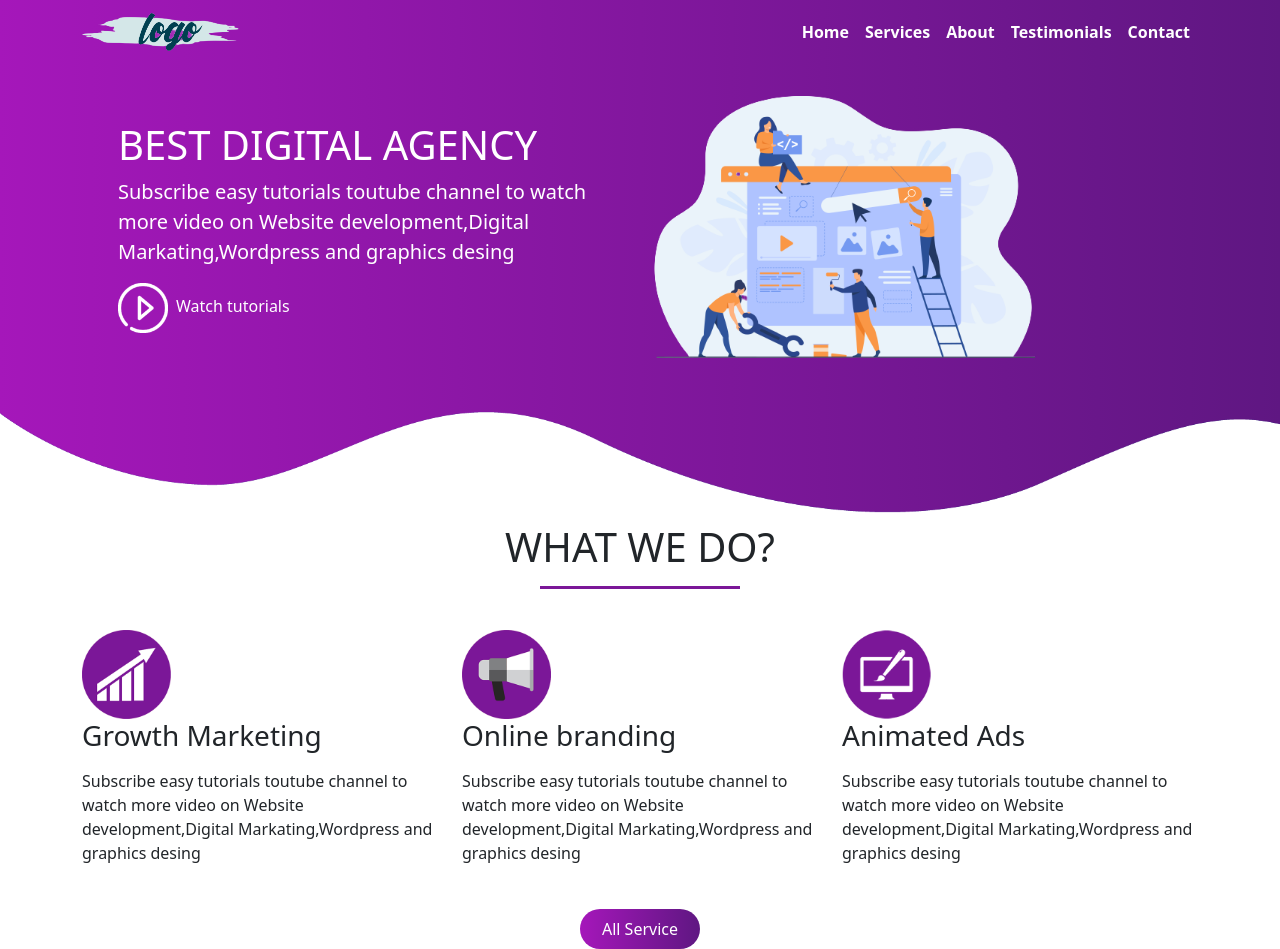
Repository: zjria/PSD-to-HTML-DIGITAL-AGENCY
Page: index.html
An editor plug-in stored every save of this project. The page is shown before and after the next save, followed by the edit.
The browser window is 1280 px wide. The pictures show the whole page.
Some web libraries are served in a nearby version.

Above is the page before, as saved 2022-05-11 08:31:47.

After the next save:
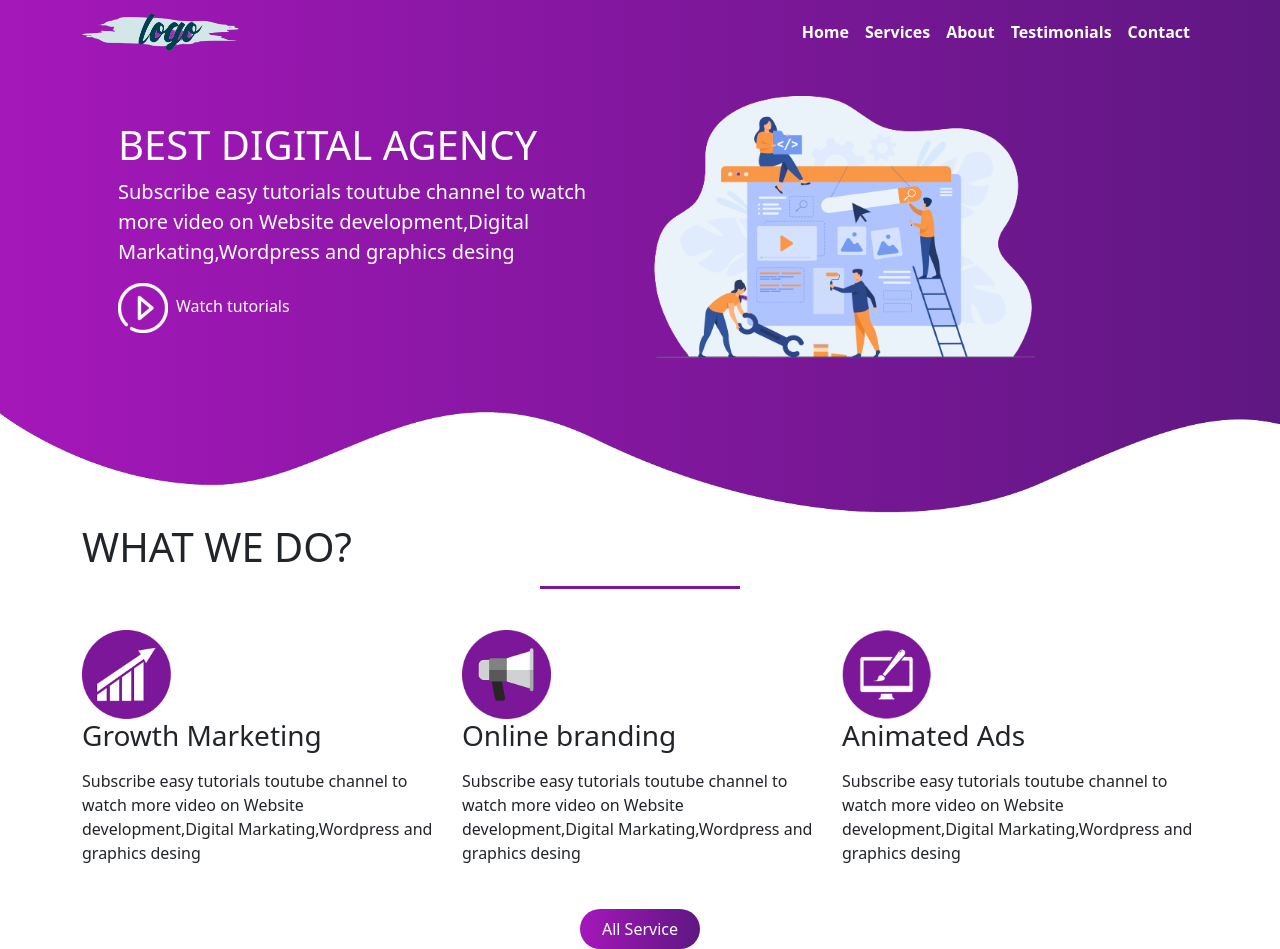
Saved 66 s later.
--- a/index.html
+++ b/index.html
@@ -67,7 +67,7 @@
     <!-- Service Section Start -->
       <section class="service-section">
         <div class="container">
-          <div class="row text-center">
+          <div class="row">
             <h1 class="title">WHAT WE DO?</h1>
             <!-- <span></span> -->
           </div>

After the save that followed:
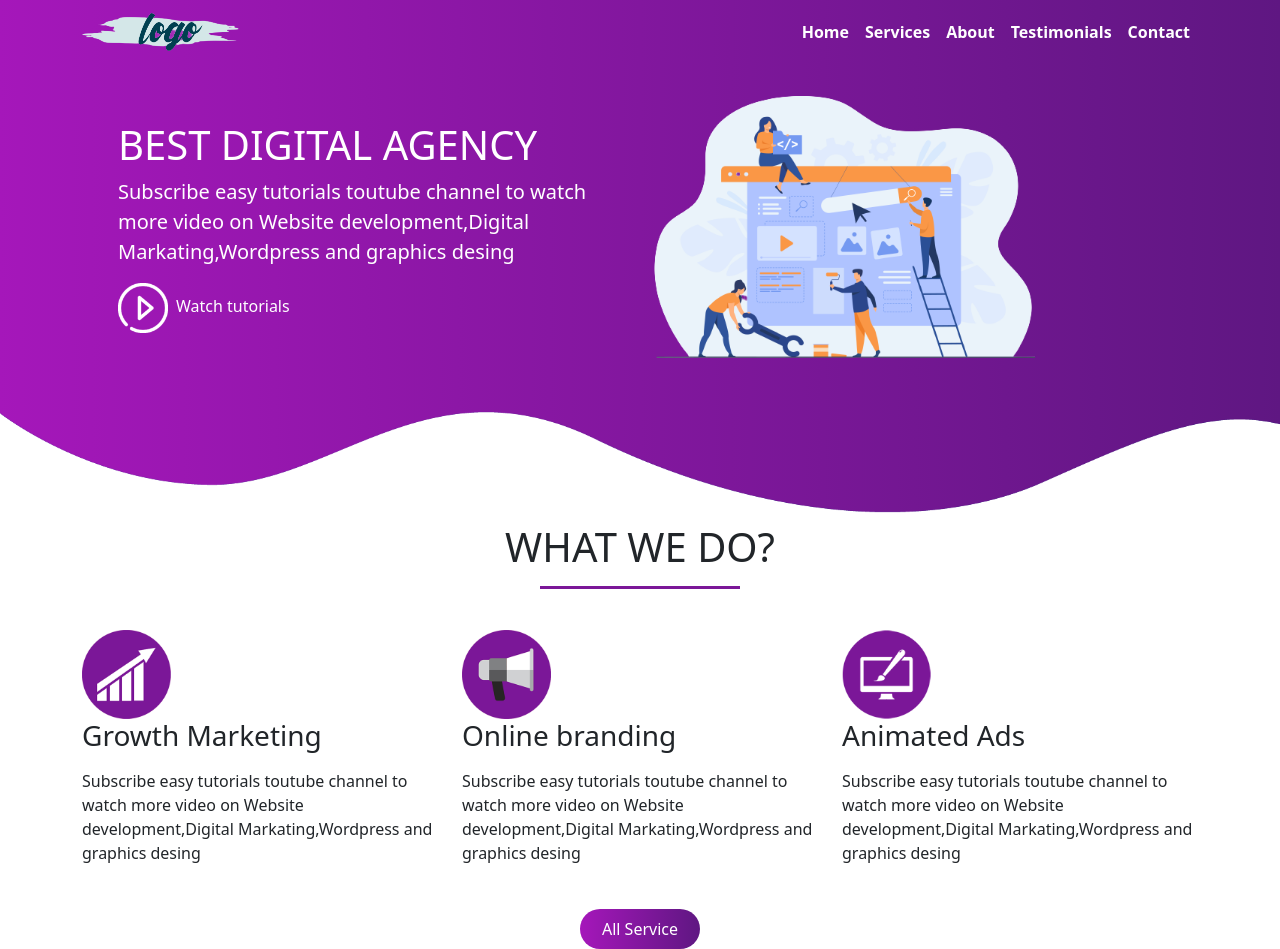
Saved 11 s later.
--- a/css/style.css
+++ b/css/style.css
@@ -23,7 +23,9 @@
 }
 
 /* Service Section */
-.title{}
+.title{
+    text-align: center;
+}
 .title::after{
     content: "";
     display: block;
